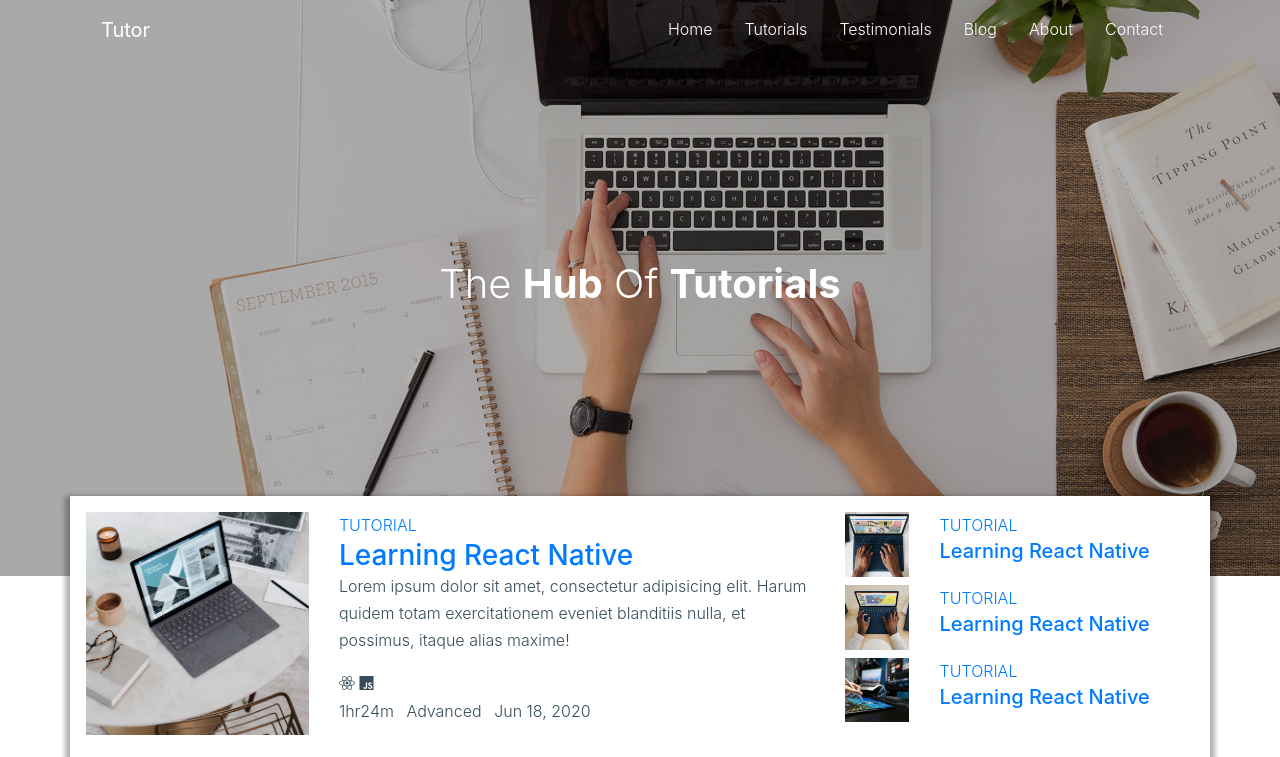
Repository: longvh2003/Tutor
Page: Views/home.html
The author's editor kept a copy of each file at every save. The page is drawn from the files as they stood at one save, then again after the next save.
The browser window is 1280 px wide. The pictures show the whole page.
Some web libraries are served in a nearby version.

Above is the page before, as saved 2020-08-12 17:03:36.

After the next save:
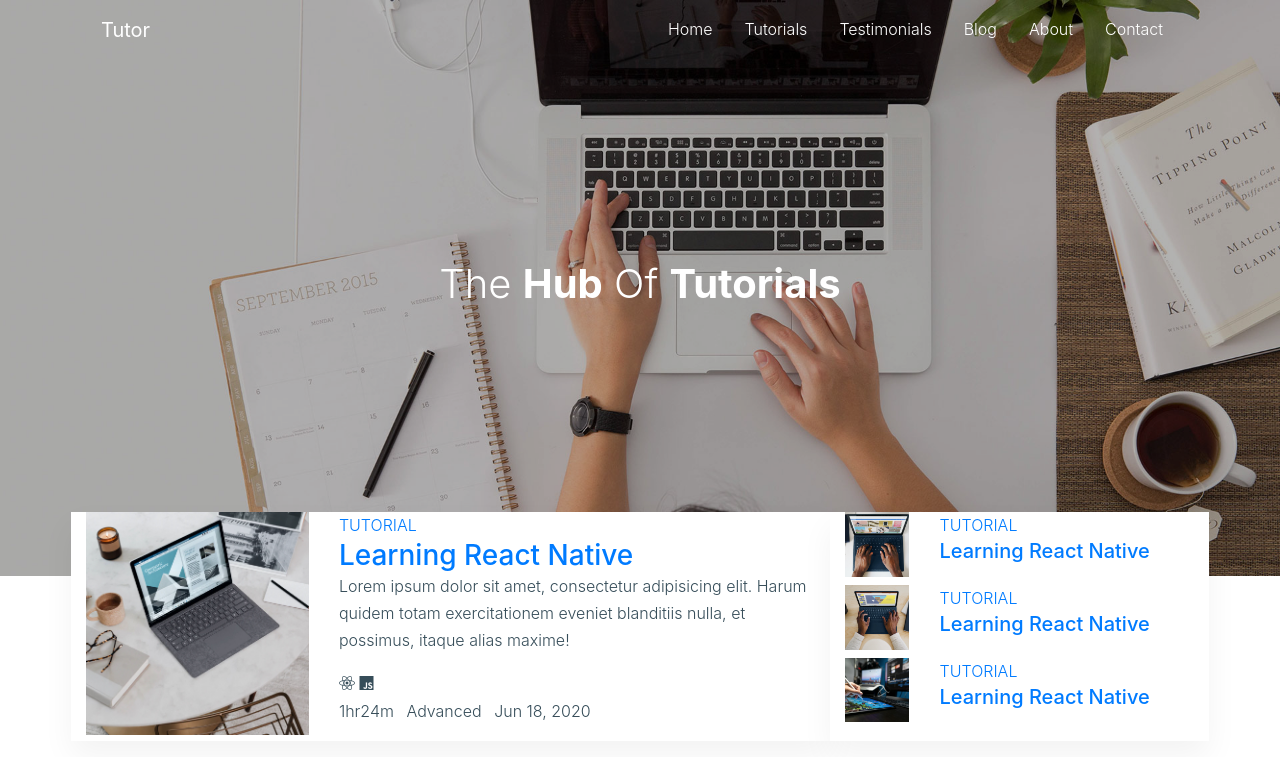
Saved 99 s later.
--- a/Css/home.css
+++ b/Css/home.css
@@ -3,8 +3,10 @@
     position: relative;
     z-index: 9999;
     margin-top: -5rem;
-    background-color: white;
-    box-shadow: 0 5px 5px 5px rgba(0, 0, 0, 0.3);
+}
+.left-latest-content, .right-latest-content{
+    box-shadow: 0 15px 30px 0 rgba(0, 0, 0, 0.05);
+    background: #fff;
 }
 .img-latest-content{
     width: 100%;
